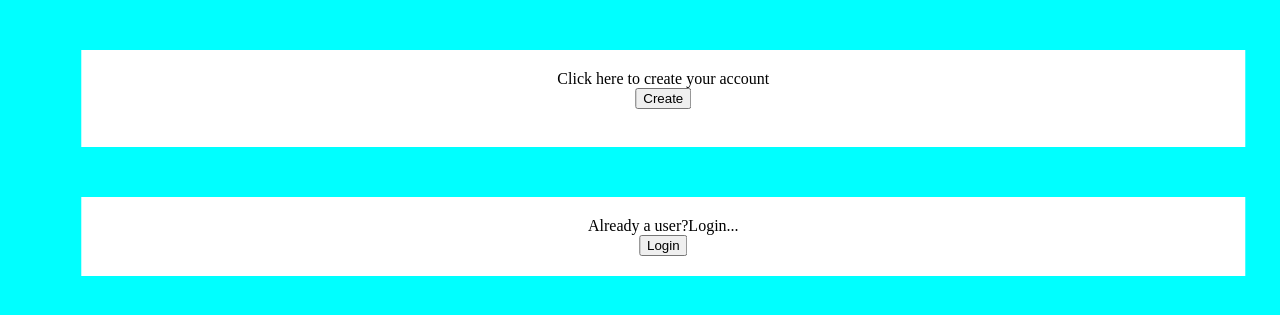
Repository: rosikraj/TurbifyTraining
Page: Wallet/WebContent/button.html
The author's editor kept a copy of each file at every save. The page is drawn from the files as they stood at one save, then again after the next save.
The browser window is 1280 px wide. The pictures show the whole page.

Above is the page before, as saved 2023-09-24 05:55:05.

After the next save:
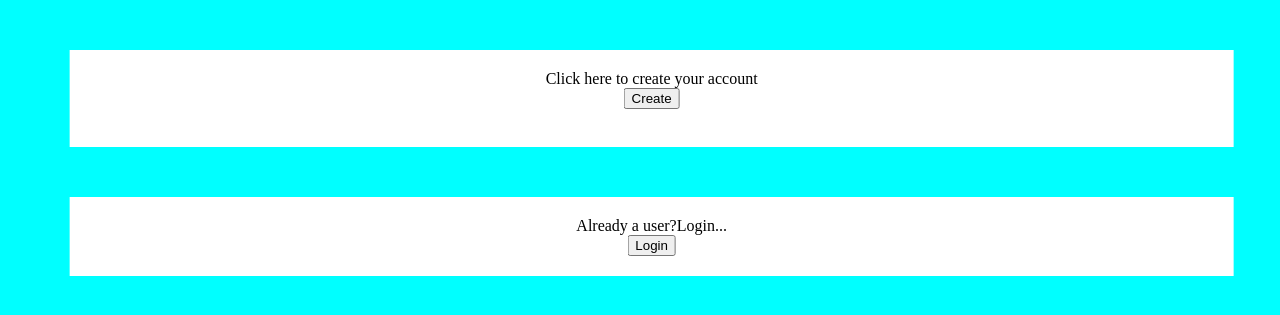
Saved 9 s later.
--- a/Wallet/WebContent/button.html
+++ b/Wallet/WebContent/button.html
@@ -16,7 +16,7 @@
     		display:block;
     		margin:50px;
     		padding:20px;
-    		transform:translateX(2%);
+    		transform:translateX(1%);
     	}
     </style>
 </head>
